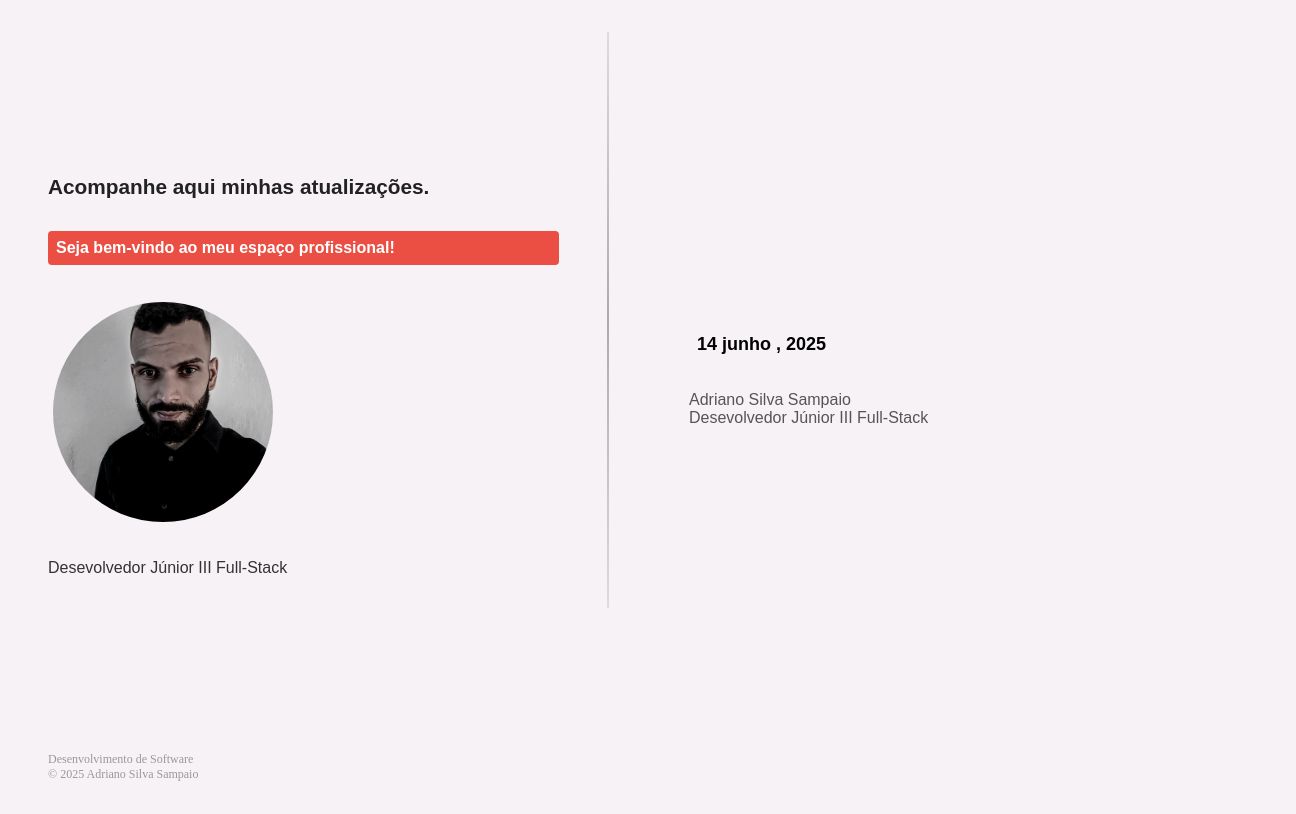
Repository: umdevadriano/portifolio2025
Page: /
The author's editor kept a copy of each file at every save. The page is drawn from the files as they stood at one save, then again after the next save.
The browser window is 1280 px wide. The page is 1296 px wide, so the pictures cover 1296 px, including what lies to the right of the window. The pictures show the whole page.
The project was rebuilt for these pictures with package versions that can differ from the ones it lists, and the page was loaded fresh each time. Also part of the build but not shown: vite.config.ts.

Above is the page before, as saved 2025-06-22 19:04:23.

After the next save:
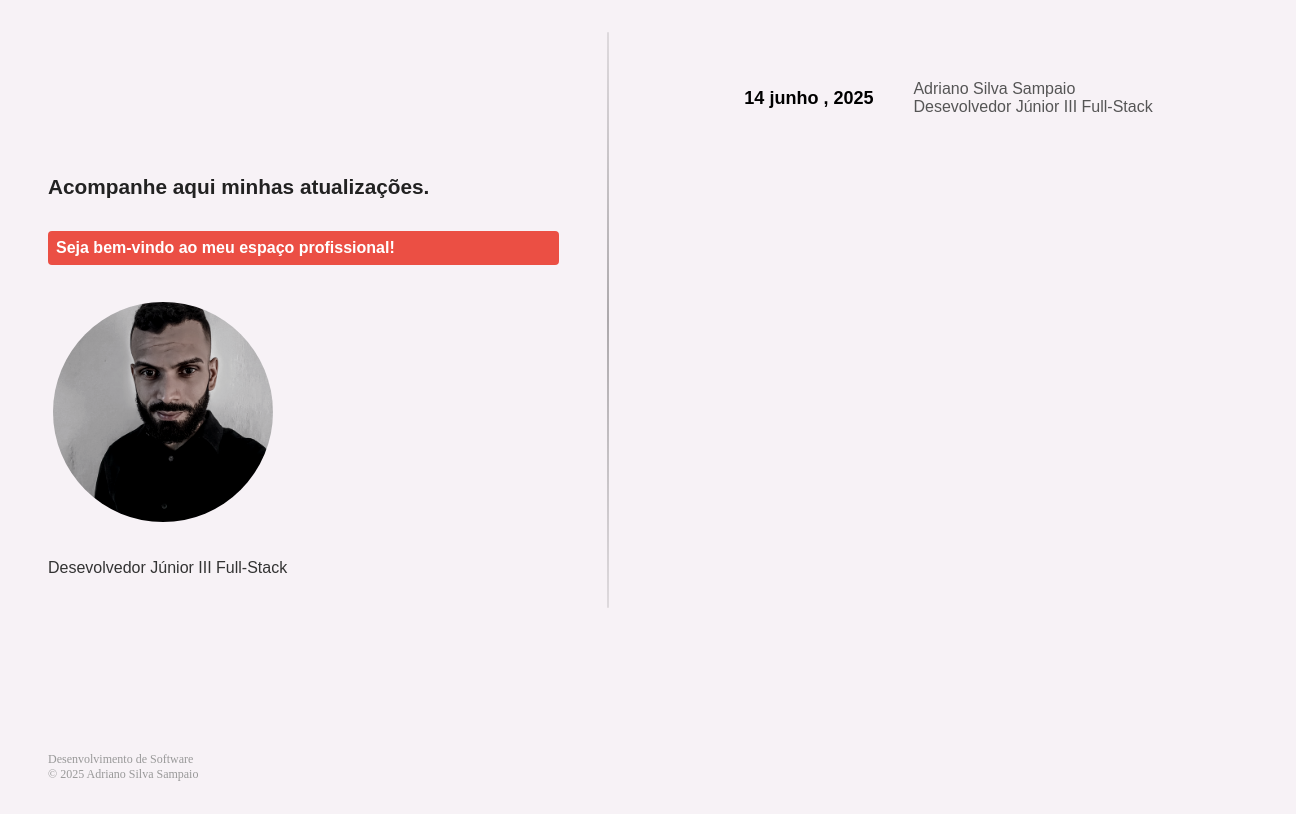
Saved 7 s later.
--- a/src/componentes/RightSide/RightSide.tsx
+++ b/src/componentes/RightSide/RightSide.tsx
@@ -8,7 +8,7 @@
         flex: 1;
         padding: 32px;
         display: flex;
-        flex-direction: column;
+        /* flex-direction: column; */
         justify-content: center;
     `;
 

After the save that followed:
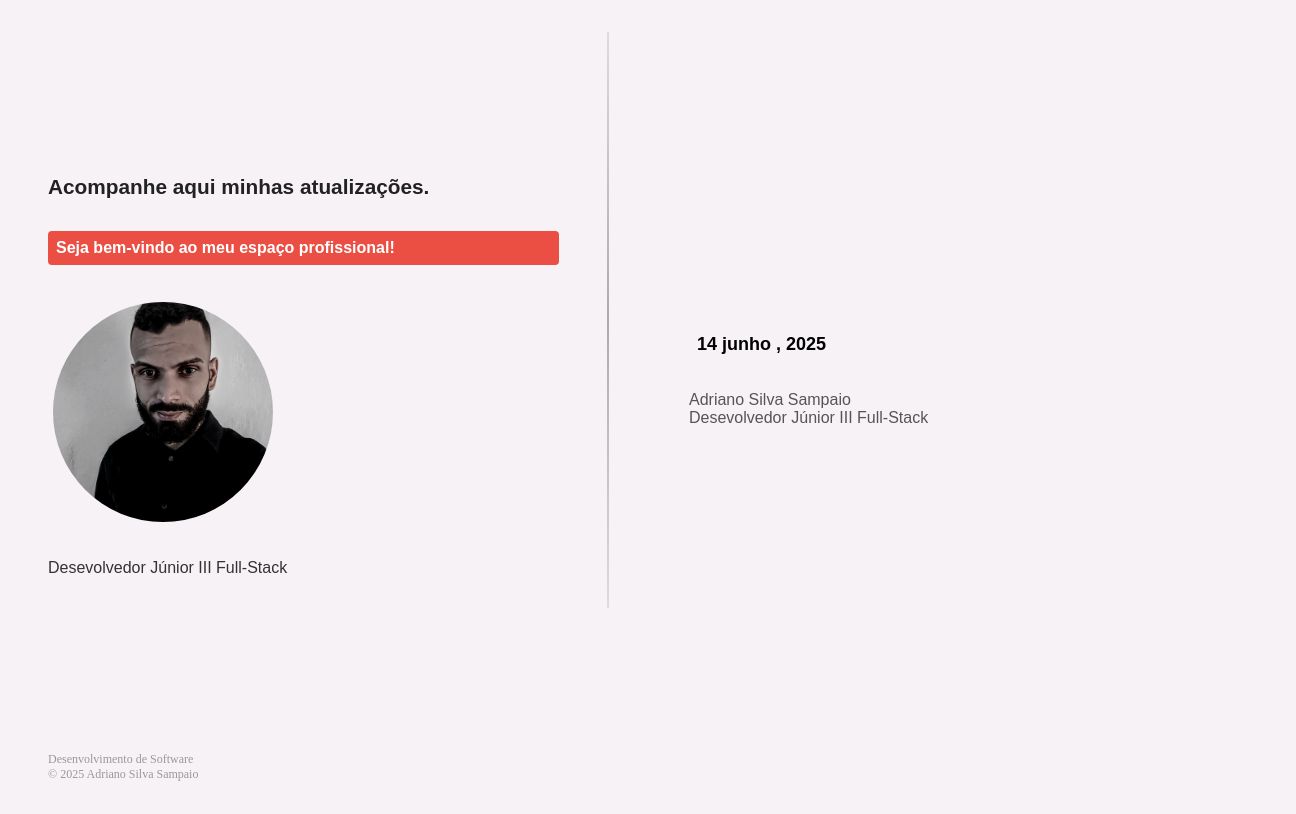
Saved 23 s later.
--- a/src/componentes/RightSide/RightSide.tsx
+++ b/src/componentes/RightSide/RightSide.tsx
@@ -8,7 +8,7 @@
         flex: 1;
         padding: 32px;
         display: flex;
-        /* flex-direction: column; */
+        flex-direction: column;
         justify-content: center;
     `;
 
